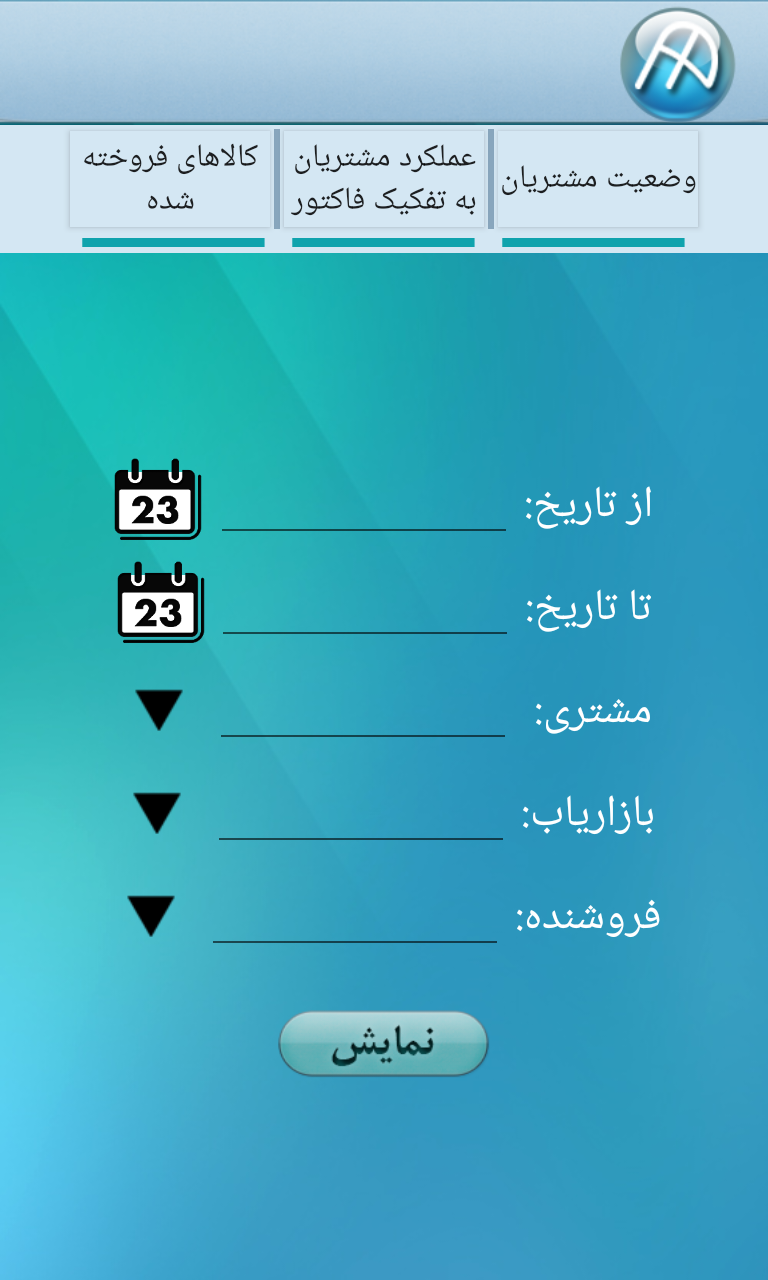
Repository: AtiehPardaz/Reports-Mobile
Layout: Reportsmobile/res/layout/activity_forosh.xml
An editor plug-in stored every save of this project. The layout is shown before and after the next save, followed by the edit.
It is drawn on a 768 x 1280 px phone screen (xhdpi) without system bars, with theme AppTheme; the app's code is not run.

Above is the layout before, as saved 2015-03-08 15:25:52.

After the next save:
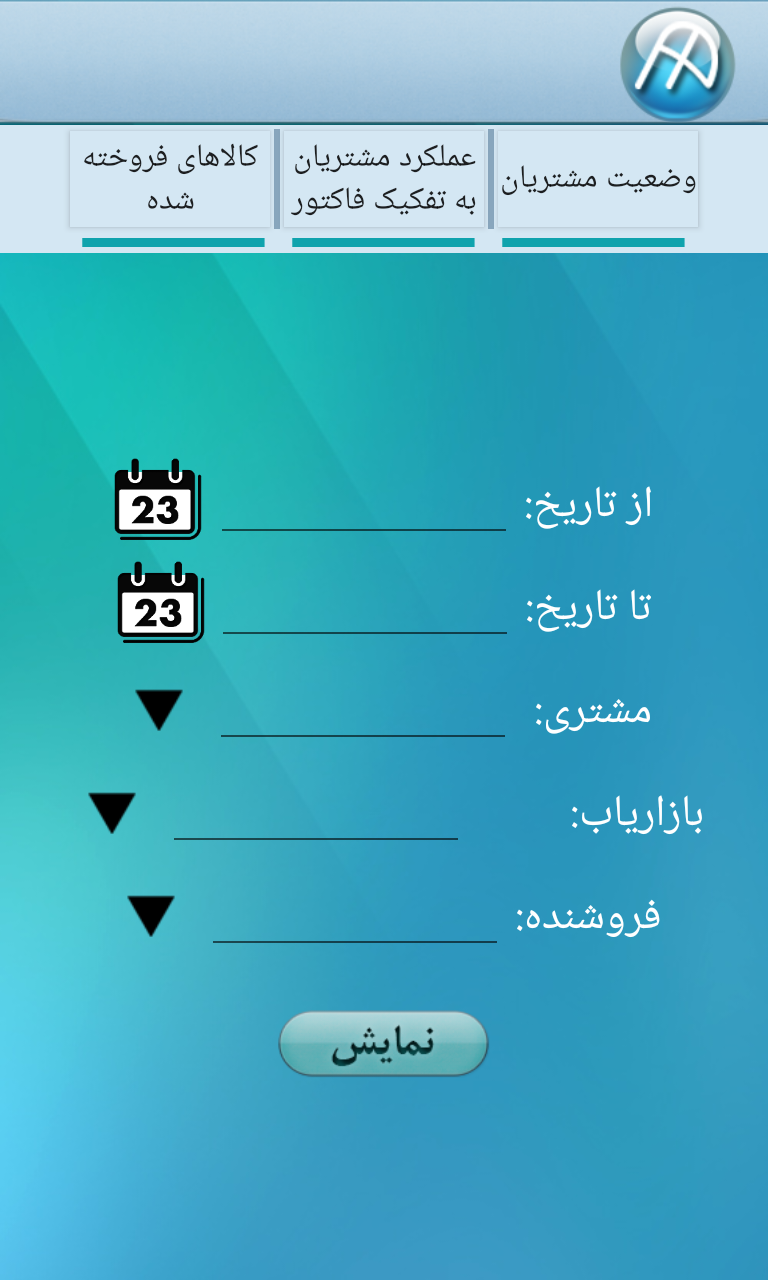
Saved 46 s later.
--- a/Reportsmobile/res/layout/activity_forosh.xml
+++ b/Reportsmobile/res/layout/activity_forosh.xml
@@ -176,7 +176,7 @@
             </LinearLayout>
 
             <RelativeLayout
-                android:id="@+id/RelativeLayout1"
+                android:id="@+id/RelativeLayout2"
                 android:layout_width="wrap_content"
                 android:layout_height="wrap_content"
                 android:gravity="right" >
@@ -213,10 +213,20 @@
             </RelativeLayout>
 
             <RelativeLayout
-                android:id="@+id/RelativeLayout1"
-                android:layout_width="wrap_content"
-                android:layout_height="wrap_content"
-                android:gravity="right" >
+                android:id="@+id/RelativeLayout2"
+                android:layout_width="match_parent"
+                android:layout_height="wrap_content"
+                android:gravity="right" >
+
+                <EditText
+                    android:id="@+id/et__bazarya_forosh"
+                    android:layout_width="150dp"
+                    android:layout_height="wrap_content"
+                    android:layout_centerVertical="true"
+                    android:layout_gravity="center"
+                    android:layout_margin="5dp"
+                    android:layout_toRightOf="@+id/imgbtn_bazaryab_forosh"
+                    android:inputType="date" />
 
                 <ImageButton
                     android:id="@+id/imgbtn_bazaryab_forosh"
@@ -224,33 +234,25 @@
                     android:layout_height="44dp"
                     android:layout_alignParentLeft="true"
                     android:layout_alignParentTop="true"
+                    android:layout_marginLeft="34dp"
                     android:background="@drawable/down" />
 
-                <EditText
-                    android:id="@+id/et__bazarya_forosh"
-                    android:layout_width="150dp"
-                    android:layout_height="wrap_content"
-                    android:layout_centerVertical="true"
-                    android:layout_gravity="center"
-                    android:layout_margin="5dp"
-                    android:layout_toRightOf="@+id/imgbtn_bazaryab_forosh"
-                    android:inputType="date" />
-
                 <TextView
                     android:id="@+id/tv__bazarya_forosh"
                     android:layout_width="wrap_content"
                     android:layout_height="wrap_content"
-                    android:layout_centerVertical="true"
-                    android:layout_gravity="right|center"
-                    android:layout_toRightOf="@+id/et__bazarya_forosh"
+                    android:layout_alignParentRight="true"
+                    android:layout_centerVertical="true"
+                    android:layout_marginRight="32dp"
                     android:gravity="right"
                     android:text="بازاریاب:"
                     android:textAppearance="?android:attr/textAppearanceLarge"
                     android:textColor="#ffffff" />
+
             </RelativeLayout>
 
             <RelativeLayout
-                android:id="@+id/RelativeLayout1"
+                android:id="@+id/RelativeLayout2"
                 android:layout_width="wrap_content"
                 android:layout_height="wrap_content"
                 android:gravity="right" >
